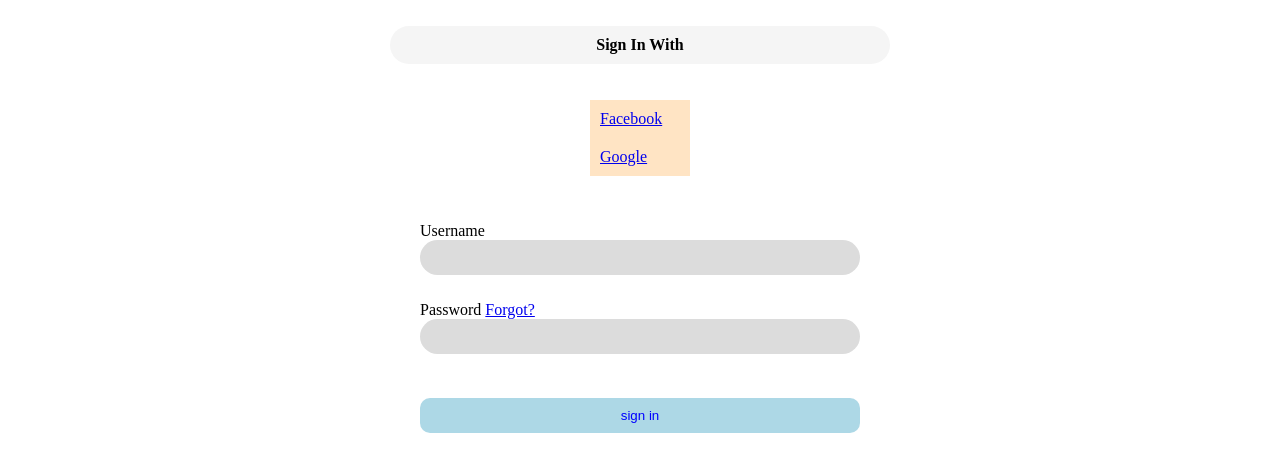
Repository: Tobby004/bdc-assignment-2
Page: index.html
An editor plug-in stored every save of this project. The page is shown before and after the next save, followed by the edit.
The browser window is 1280 px wide. The pictures show the whole page.

Above is the page before, as saved 2023-02-11 07:20:03.

### index.html
<!DOCTYPE html>
<html lang="en">
<head>
    <meta charset="UTF-8">
    <meta http-equiv="X-UA-Compatible" content="IE=edge">
    <meta name="viewport" content="width=<device-width>, initial-scale=1.0">
    <title>Document</title>
    <link rel="stylesheet" href="task.css">
</head>
<body>
    <header>
    <div class="box-container">
        <div class="box1">
        <br>
            <b>
             Sign In With
            </b>
        <br>
        <br>
        <a href="#">
            Facebook</a>
            <a href="#">
                Google
            </a>
        </div>
            </div>
        </header>


        <div class="form-input">
        <p>Username
            <br>
            <input type="text" placeholder="" />
        </p>
         <p>Password
            <a href="#">Forgot?</a>
            <br>
            <input type="password" />
         </p>
         <br>
         <button>sign in</button>
        </div>

</body>
</html>

### task.css
*{
    box-sizing:border-box;
}
header b {
    background-color:whitesmoke ;
    display: flex;
    padding: 10px;
    border-radius: 40px;
    margin-right: auto;
    margin-left: auto;
    max-width: 500px;
    justify-content: center;
}
header a {
    display: block;
    padding: 10px;
    background-color: bisque;
    width: 100%;
    margin-left: auto;
    margin-right: auto;
    max-width: 100px;
}
.form-input{
    display: block;
    max-width: 500px;
    height: 10px;
    padding: 30px;
    margin-left: auto;
    margin-right: auto;
}
input {
    background-color: gainsboro;
    display: flexbox;
    padding: 10px;
    width: 100%;
    border: none;

    border-radius: 30px;
    margin-bottom: 10px;
}
button {
    display: block;
    padding: 10px;
    width: 100%;
    border: none;
    color: blue;
    border-radius: 10px;
    background: lightblue;
}

After the next save:
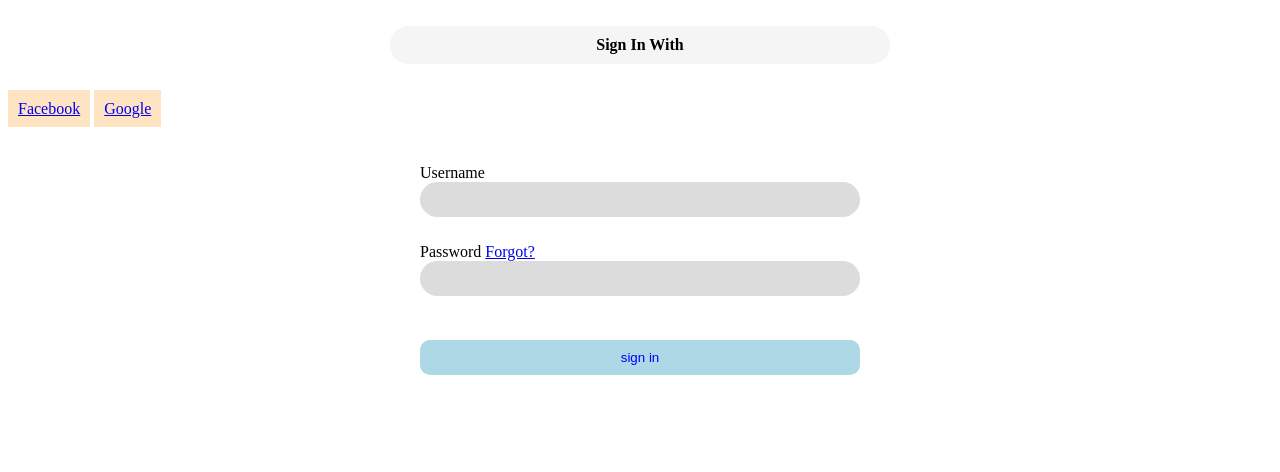
Saved 35 s later.
--- a/task.css
+++ b/task.css
@@ -12,7 +12,7 @@ header b {
     justify-content: center;
 }
 header a {
-    display: block;
+    display: flexbox;
     padding: 10px;
     background-color: bisque;
     width: 100%;
